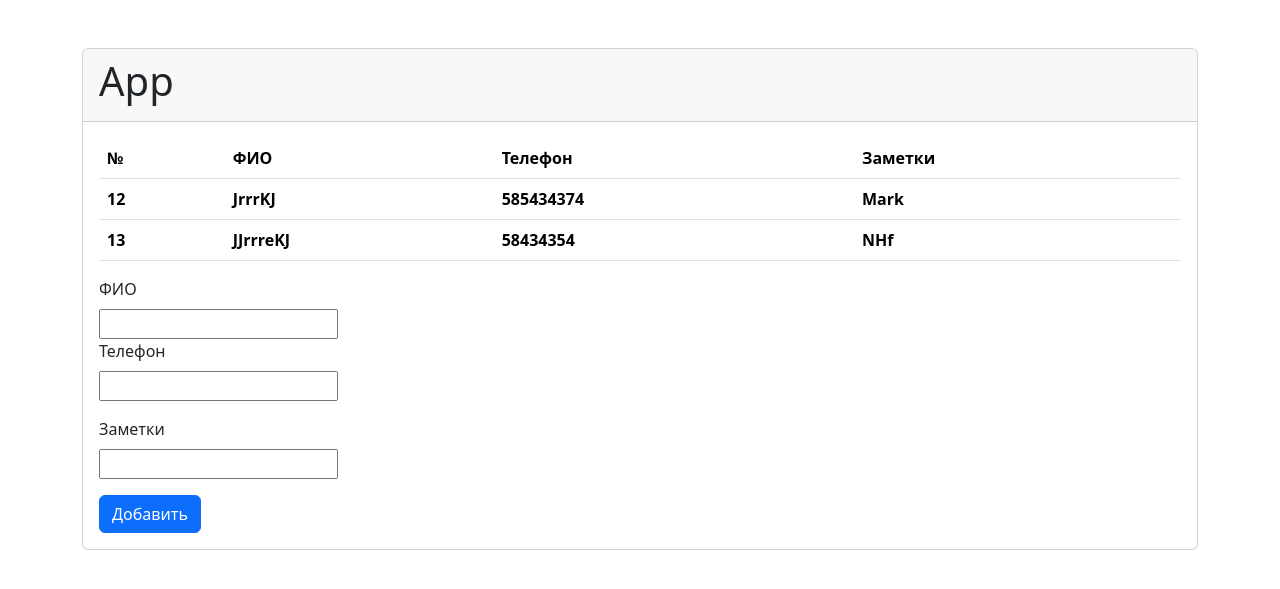
Repository: tatacheba/appstepikjavareact
Page: / (app in client/)
An editor plug-in stored every save of this project. The page is shown before and after the next save, followed by the edit.
The browser window is 1280 px wide. The pictures show the whole page.
The project was rebuilt for these pictures with package versions that can differ from the ones it lists, and the page was loaded fresh each time. Also part of the build but not shown: client/src/App.css.

Above is the page before, as saved 2024-11-27 14:40:19.

### client/public/index.html
<!DOCTYPE html>
<html lang="en">
    <head>
        <meta charset="utf-8" />
        <link rel="icon" href="%PUBLIC_URL%/favicon.ico" />
        <meta name="viewport" content="width=device-width, initial-scale=1" />
        <meta name="theme-color" content="#000000" />
        <meta
            name="description"
            content="Web site created using create-react-app"
        />
        <link rel="apple-touch-icon" href="%PUBLIC_URL%/logo192.png" />
        <link
            href="https://cdn.jsdelivr.net/npm/bootstrap@5.3.3/dist/css/bootstrap.min.css"
            rel="stylesheet"
            integrity="sha384-QWTKZyjpPEjISv5WaRU9OFeRpok6YctnYmDr5pNlyT2bRjXh0JMhjY6hW+ALEwIH"
            crossorigin="anonymous"
        />
        <!--
      manifest.json provides metadata used when your web app is installed on a
      user's mobile device or desktop. See https://developers.google.com/web/fundamentals/web-app-manifest/
    -->
        <link rel="manifest" href="%PUBLIC_URL%/manifest.json" />

        <title>App of Stepik</title>
    </head>
    <body>
        <div id="root"></div>
        <script
            src="https://cdn.jsdelivr.net/npm/bootstrap@5.3.3/dist/js/bootstrap.bundle.min.js"
            integrity="sha384-YvpcrYf0tY3lHB60NNkmXc5s9fDVZLESaAA55NDzOxhy9GkcIdslK1eN7N6jIeHz"
            crossorigin="anonymous"
        ></script>
    </body>
</html>

### client/src/index.js
import React from "react";
import ReactDOM from "react-dom/client";
import "./index.css";
import App from "./App";
import "bootstrap/dist/css/bootstrap.min.css";
import "bootstrap/dist/js/bootstrap.bundle.min.js";

const root = ReactDOM.createRoot(document.getElementById("root"));
root.render(
    <React.StrictMode>
        <App />
    </React.StrictMode>
);

### client/src/App.js
import "./App.css";
import TablewView from "./layouts/tableView/TablewView";
import { useState } from "react";
import FormNewItem from "./layouts/formNewItem/FormNewItem";

function App() {
    const [items, setItem] = useState([
        { id: 12, fullName: "JrrrKJ", phone: 585434374, notes: "Mark" },
        { id: 13, fullName: "JJrrreKJ", phone: 58434354, notes: "NHf" },
    ]);

    function appendContact() {
        const contact = {
            id: 15,
            fullName: "ннннн",
            phone: 585444,
            notes: "FFFF",
        };
        items[0].fullName = "Bpvtyt";
        setItem([...items, contact]);
        console.log(items);
    }

    return (
        <div className="container mt-5">
            <div className=" card">
                <div className="card-header">
                    <h1>App</h1>
                </div>
                <div className="card-body">
                    <TablewView data={items} />
                    <div>
                        <FormNewItem appendContact={appendContact} />
                    </div>
                </div>
            </div>
        </div>
    );
}

export default App;

### client/src/layouts/tableView/TablewView.js
import React from "react";
import TableRowItem from "./components/TableRowItem";

const TablewView = (props) => {
    return (
        <table className="table table-hover">
            <thead>
                <tr>
                    <th scope="col">№</th>
                    <th scope="col">ФИО</th>
                    <th scope="col">Телефон</th>
                    <th scope="col">Заметки</th>
                </tr>
            </thead>
            <tbody>
                {props.data.map((item) => (
                    <TableRowItem contact={item} />
                ))}
            </tbody>
        </table>
    );
};
export default TablewView;

### client/src/layouts/formNewItem/FormNewItem.js
import React from "react";

function FormNewItem(props) {
    return (
        <form action="" className="container-mt-12">
            <label className="form-label">ФИО</label>
            <div className="mb-12">
                <input type="text" />
            </div>
            <label className="form-label">Телефон</label>
            <div className="mb-3">
                <input type="textarea" />
            </div>
            <label className="form-label">Заметки</label>
            <div className="mb-3">
                <input type="text" />
            </div>
            <button
                className="btn btn-primary"
                onClick={props.appendContact}
                type="button"
            >
                Добавить
            </button>
        </form>
    );
}

export default FormNewItem;

### client/src/layouts/tableView/components/TableRowItem.js
import React from "react";

const TableRowItem = (props) => {
    return (
        <tr>
            <th scope="row">{props.contact.id}</th>
            <th>{props.contact.fullName}</th>
            <th>{props.contact.phone}</th>
            <th>{props.contact.notes}</th>
        </tr>
    );
};

export default TableRowItem;

Loaded but not shown: client/src/index.css (common file)

After the next save:
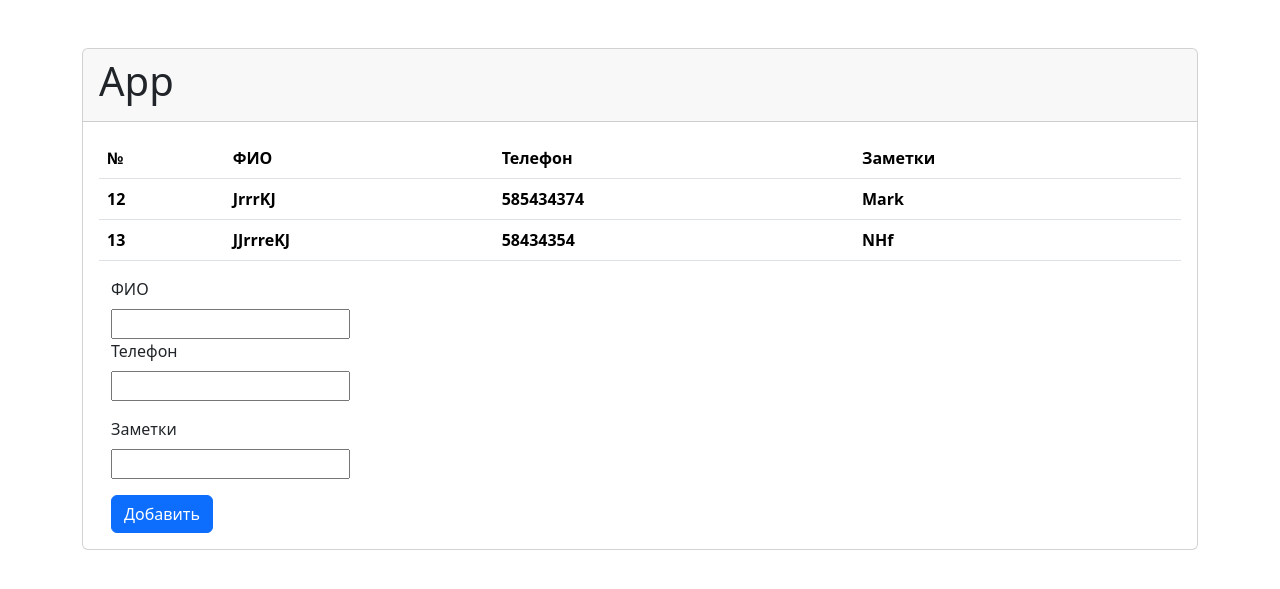
Saved 8 s later.
--- a/client/src/layouts/formNewItem/FormNewItem.js
+++ b/client/src/layouts/formNewItem/FormNewItem.js
@@ -2,7 +2,7 @@
 
 function FormNewItem(props) {
     return (
-        <form action="" className="container-mt-12">
+        <form action="" className="container-fluid">
             <label className="form-label">ФИО</label>
             <div className="mb-12">
                 <input type="text" />

After the save that followed:
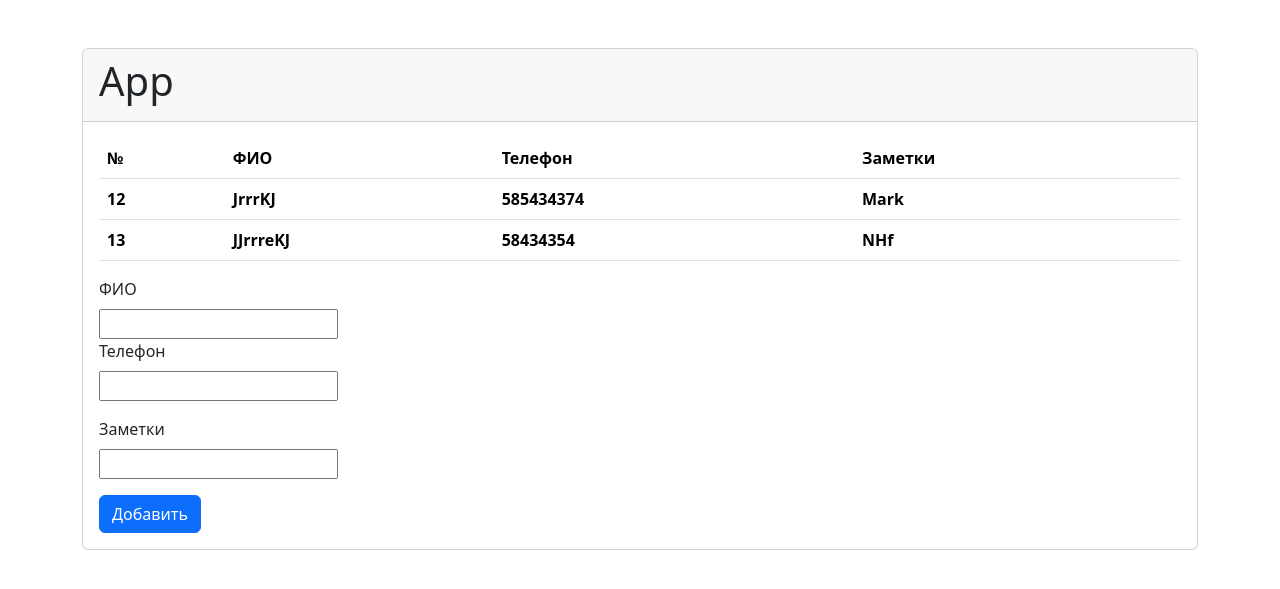
Saved 11 s later.
--- a/client/src/layouts/formNewItem/FormNewItem.js
+++ b/client/src/layouts/formNewItem/FormNewItem.js
@@ -2,7 +2,7 @@
 
 function FormNewItem(props) {
     return (
-        <form action="" className="container-fluid">
+        <form action="" className="container-">
             <label className="form-label">ФИО</label>
             <div className="mb-12">
                 <input type="text" />
